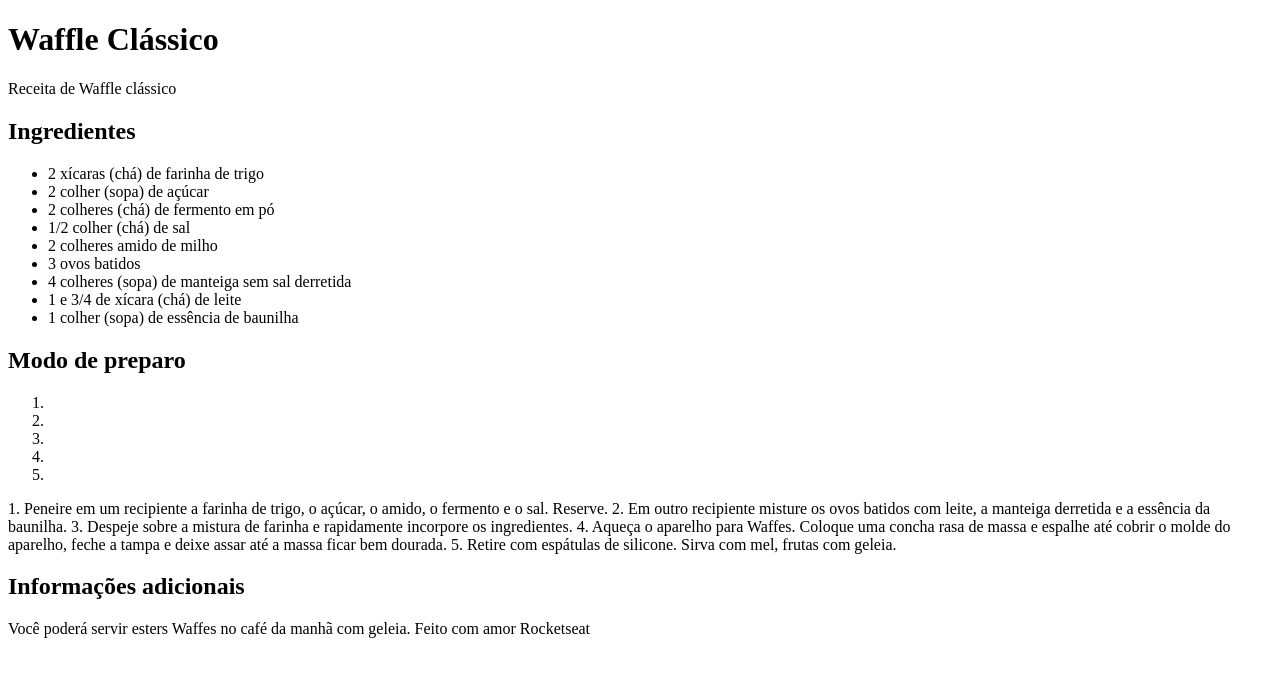
Repository: mferoc/MentoriaMais1CodeG7
Page: desafios-rocketseat-discover/Pagina_de_Receita/Página de Receita/index.html
These files come from the project's save history. The page is drawn as it stood at one moment and after the next save; the edit follows.
The browser window is 1280 px wide. The pictures show the whole page.

Above is the page before, as saved 2022-06-29 20:20:26.

After the next save:
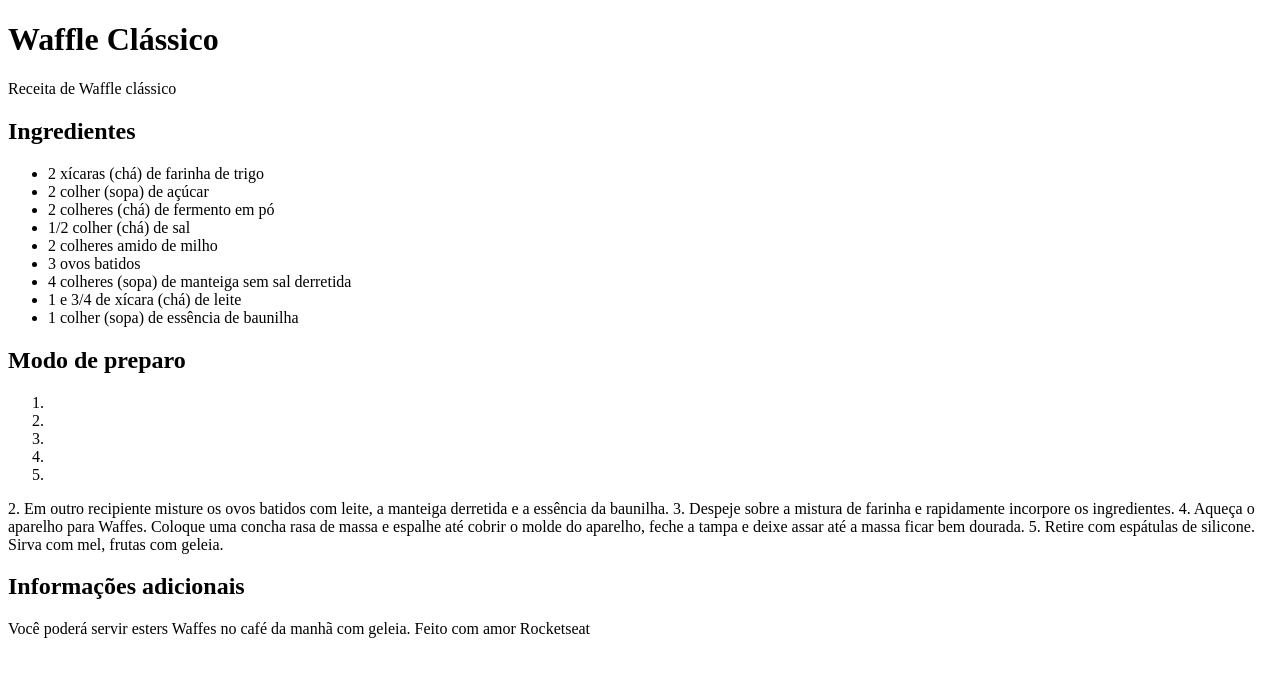
Saved 11 min 33 s later.
--- a/desafios-rocketseat-discover/Pagina_de_Receita/Página de Receita/index.html
+++ b/desafios-rocketseat-discover/Pagina_de_Receita/Página de Receita/index.html
@@ -36,7 +36,7 @@
     <li></li>
     <li></li>
 </ol>
-1. Peneire em um recipiente a farinha de trigo, o açúcar, o amido, o fermento e o sal. Reserve.
+
 2. Em outro recipiente misture os ovos batidos com leite, a manteiga derretida e a essência da baunilha.
 3. Despeje sobre a mistura de farinha e rapidamente incorpore os ingredientes.
 4. Aqueça o aparelho para Waffes. Coloque uma concha rasa de massa e espalhe até cobrir o molde do aparelho, feche a tampa e deixe assar até a massa ficar bem dourada.
